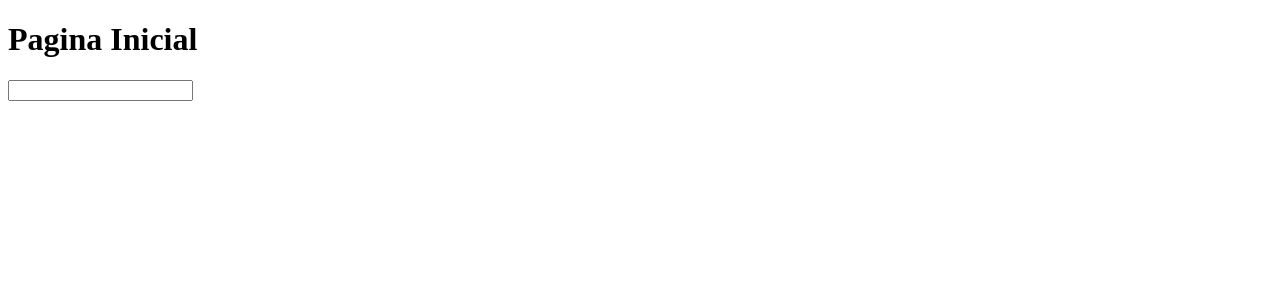
Repository: felipepalma14/Divus
Page: academiaweb/WebContent/index.html
An editor plug-in stored every save of this project. The page is shown before and after the next save, followed by the edit.
The browser window is 1280 px wide. The pictures show the whole page.

Above is the page before, as saved 2015-08-01 13:46:52.

### academiaweb/WebContent/index.html
<!DOCTYPE html>
<html>

<head>
<meta charset="UTF-8">
<title>My First Page!!!</title>
</head>

<!-- Configuração -->

<body>
	<!-- h1 >> para titulo -->
	<h1>Pagina Inicial</h1>

	<form action="www.dontpad.com/aj35">
		<input type="text" name = "lol">
	</form>

</body>
</html>

After the next save:
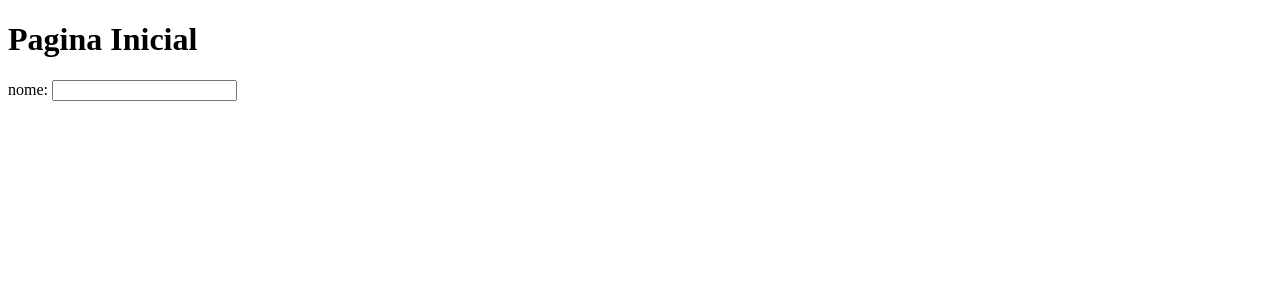
Saved 57 s later.
--- a/academiaweb/WebContent/index.html
+++ b/academiaweb/WebContent/index.html
@@ -12,8 +12,8 @@
 	<!-- h1 >> para titulo -->
 	<h1>Pagina Inicial</h1>
 
-	<form action="www.dontpad.com/aj35">
-		<input type="text" name = "lol">
+	<form action="www.dontpad.com/aj35" method="POST">
+		nome: <input type="text" name = "nome">
 	</form>
 
 </body>
